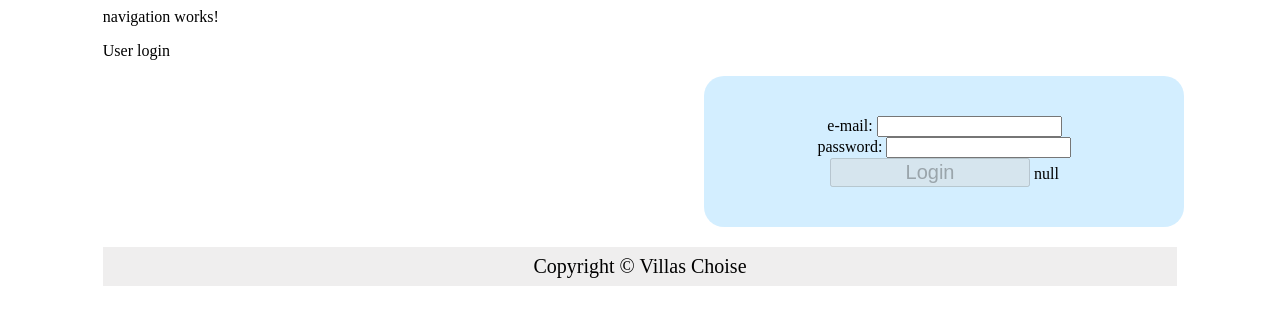
Repository: vsterev/angular-antiCovid-travel
Page: /login (app in covid-travel/)
These files come from the project's save history. The page is drawn as it stood at one moment and after the next save; the edit follows.
The browser window is 1280 px wide. The pictures show the whole page.
The project was rebuilt for these pictures with package versions that can differ from the ones it lists, and the page was loaded fresh each time. Also part of the build but not shown: covid-travel/angular.json, covid-travel/src/app/villas/details-reservation/details-reservation.component.ts, covid-travel/src/app/villas/villa-book/villa-book.component.ts, covid-travel/src/app/villas/villa-edit/villa-edit.component.ts, covid-travel/src/app/user/user.service.ts, covid-travel/src/app/villas/villa.service.ts, covid-travel/src/app/villas/villa-detail/villa-detail.component.ts, covid-travel/src/app/villas/villa-add/villa-add.component.ts and 6 more.

Above is the page before, as saved 2020-11-16 09:49:27.

### covid-travel/src/index.html
<!DOCTYPE html>
<html lang="en">
  <head>
    <meta charset="utf-8" />
    <title>CovidTravel</title>
    <base href="/" />
    <meta name="viewport" content="width=device-width, initial-scale=1" />
    <!-- <link rel="icon" type="image/x-icon" href="favicon.ico" /> -->
    <link rel="icon" type="image/png" href="./assets/house.png" />
  </head>
  <body>
    <app-root></app-root>
  </body>
</html>

### covid-travel/src/app/app.module.ts
import { VillasModule } from './villas/villas.module';
import { VillaRoutingModule } from './villas/villas-routing.moule';
import { FooterComponent } from './core/footer/footer.component';
import { NavigationComponent } from './core/navigation/navigation.component';
import { BrowserModule } from '@angular/platform-browser';
import { NgModule } from '@angular/core';
import { HttpClientModule } from '@angular/common/http';
import { AppRoutingModule } from './app-routing.module';
import { AppComponent } from './app.component';
import { HomeComponent } from './home/home.component';
import { HomeAuthComponent } from './home-auth/home-auth.component';
import { UserModule } from './user/user.module';

@NgModule({
  declarations: [
    AppComponent,
    HomeComponent,
    HomeAuthComponent,
    NavigationComponent,
    FooterComponent
  ],
  imports: [
    BrowserModule,
    // VillaRoutingModule,
    AppRoutingModule,
    VillasModule,
    UserModule,
    HttpClientModule,
  ],
  providers: [],
  bootstrap: [AppComponent]
})
export class AppModule { }

### covid-travel/src/app/villas/villas.module.ts
import { RouterModule } from '@angular/router';
import { VillaRoutingModule } from './villas-routing.moule';
import { NgModule } from '@angular/core';
import { CommonModule } from '@angular/common';
import { DetailsReservationComponent } from './details-reservation/details-reservation.component';
import { VillaDetailComponent } from './villa-detail/villa-detail.component';
import { VillaEditComponent } from './villa-edit/villa-edit.component';
import { VillaAddComponent } from './villa-add/villa-add.component';
import { VillaBookComponent } from './villa-book/villa-book.component';



@NgModule({
  declarations: [DetailsReservationComponent, VillaDetailComponent, VillaEditComponent, VillaAddComponent, VillaBookComponent],
  exports: [],
  imports: [
    CommonModule,
    VillaRoutingModule
  ]
})
export class VillasModule { }

### covid-travel/src/app/app-routing.module.ts
import { RegisterComponent } from './user/register/register.component';
import { LoginComponent } from './user/login/login.component';
import { NotFoundComponent } from './core/not-found/not-found.component';
import { HomeAuthComponent } from './home-auth/home-auth.component';
import { NgModule } from '@angular/core';
import { Routes, RouterModule } from '@angular/router';
import { HomeComponent } from './home/home.component';

const routes: Routes = [
  {
    path: '',
    pathMatch: 'full',
    component: HomeComponent
  },
  {
    path: 'home',
    component: HomeComponent
  },
  {
    path: 'home-auth',
    component: HomeAuthComponent
  },
  {
    path: 'login',
    component: LoginComponent
  },
  {
    path: 'register',
    component: RegisterComponent
  },
  {
    path: '**',
    component: NotFoundComponent
  }
];

// @NgModule({
//   imports: [RouterModule.forRoot(routes)],
//   exports: [RouterModule]
// })
// export class AppRoutingModule { }
export const AppRoutingModule = RouterModule.forRoot(routes);

### covid-travel/src/app/app.component.ts
import { Component } from '@angular/core';

@Component({
  selector: 'app-root',
  templateUrl: './app.component.html',
  styleUrls: ['./app.component.css']
})
export class AppComponent {
  title = 'covid-travel';
}

### covid-travel/src/app/user/user.module.ts
import { UserRoutingModule } from './user-routing.moule';
import { NgModule } from '@angular/core';
import { CommonModule } from '@angular/common';
import { LoginComponent } from './login/login.component';
import { RegisterComponent } from './register/register.component';
import { ProfileComponent } from './profile/profile.component';
import { PassChangeComponent } from './pass-change/pass-change.component';
import { FormsModule } from '@angular/forms';



@NgModule({
  declarations: [LoginComponent, RegisterComponent, ProfileComponent, PassChangeComponent],
  imports: [
    CommonModule,
    UserRoutingModule,
    FormsModule
  ],
  exports: [
    // LoginComponent
  ]
})
export class UserModule { }

### covid-travel/src/app/villas/villas-routing.moule.ts
import { DetailsReservationComponent } from './details-reservation/details-reservation.component';
import { VillaBookComponent } from './villa-book/villa-book.component';
import { VillaEditComponent } from './villa-edit/villa-edit.component';
import { VillaDetailComponent } from './villa-detail/villa-detail.component';
import { RouterModule, Routes } from '@angular/router';
import { VillaAddComponent } from './villa-add/villa-add.component';
import { NgModule } from '@angular/core';


const routes: Routes = [
  {
    path: 'villa',
    children: [
      // {
      //   path: '',
      //   pathMatch: 'full',
      //   redirectTo: '/cause/create'
      // },
      {
        path: 'add',
        component: VillaAddComponent
      },
      {
        path: 'detail/:id',
        component: VillaDetailComponent
      },
      {
        path: 'edit/:id',
        component: VillaEditComponent
      },
      {
        path: 'book/:id',
        component: VillaBookComponent
      },
      {
        path: 'book-detail/:id',
        component: DetailsReservationComponent
      }
    ]
  }
];
// @NgModule({
//   imports: [RouterModule.forChild(routes)],
//   exports: [RouterModule]
// })
// export class VillaRoutingModule { }
export const VillaRoutingModule = RouterModule.forChild(routes);

### covid-travel/src/app/core/footer/footer.component.html
<p>Copyright © Villas Choise</p>

### covid-travel/src/app/core/footer/footer.component.css
p {
  background: #efeeee;
  padding: 8px;
  text-align: center;
  font-size: 20px;
}

### covid-travel/src/app/core/navigation/navigation.component.css
* {
  margin: 0px;
}
div.container {
  background: beige;
}
div.navbar {
  display: flex;
  flex-direction: row;
  align-items: center;
  justify-content: space-between;
  padding: 10px;
  width: 90%;
  margin: 0 auto;
}
div.navbar > ul {
  display: flex;
  flex-direction: row;
  list-style: none;
  justify-content: space-between;
  font-size: 20px;
  margin-right: 20px;
  margin-top: revert;
}
div.navbar > ul > li {
  padding-bottom: 10px;
}
/* div.navbar > ul > li :hover {
  color: white;
  cursor: pointer;
  text-decoration: underline;
  text-decoration-color: blue;
} */
div.navbar > ul > li > a {
  /* text-decoration: none;
  color: blue; */
  font-size: 18px;
}
div.img-wrapper > img {
  width: 100%;
  height: 100%;
  object-fit: none;
}
div.img-wrapper {
  width: 340px;
  height: 64px;
}

### covid-travel/src/app/user/login/login.component.ts
import { Component, OnInit } from '@angular/core';

@Component({
  selector: 'app-login',
  templateUrl: './login.component.html',
  styleUrls: ['./login.component.css']
})
export class LoginComponent implements OnInit {
  emailRegex = new RegExp(/^[\w-\.]+@([\w-]+\.)+[\w-]{2,4}$/);
  constructor() { }

  ngOnInit(): void {

  }
  handleLogin(val: string): void {
    console.log(val);
  }
}

### covid-travel/src/app/app.component.html
<div class="wrapper">
  <app-navigation></app-navigation>
  <router-outlet></router-outlet>
  <app-footer></app-footer>
</div>

### covid-travel/src/app/app.component.css
div.wrapper {
  width: 85%;
  margin: 0 auto;
}

### covid-travel/src/app/user/user-routing.moule.ts
import { ProfileComponent } from './profile/profile.component';
import { RouterModule, Routes } from '@angular/router';

const routes: Routes = [
  {
    path: 'user',
    children: [
      // {
      //   path: '',
      //   pathMatch: 'full',
      //   redirectTo: '/cause/create'
      // },
      {
        path: 'login',
        redirectTo: '/login'
      },
      {
        path: 'register',
        redirectTo: '/register'

      },
      {
        path: 'profile/:userId',
        component: ProfileComponent
      }
    ]
  }
];
// @NgModule({
//   imports: [RouterModule.forChild(routes)],
//   exports: [RouterModule]
// })
// export class VillaRoutingModule { }
export const UserRoutingModule = RouterModule.forChild(routes);

### covid-travel/src/app/user/login/login.component.html
<p>User login</p>
<form #loginform="ngForm" (ngSubmit)="handleLogin(loginform.value)">
  <div class="email">
    <label for="email">e-mail: </label>
    <input ngModel type="text" name="email" id="email" #emailInput="ngModel" required [pattern]="emailRegex" />
    <div *ngIf="emailInput.errors?.required && emailInput.touched">Please enter email</div>
    <div *ngIf="emailInput.errors?.pattern && emailInput.touched">Please enter valid email</div>
  </div>
  <div class="password">
    <label for="password">password: </label>
    <input ngModel type="text" name="password" id="password" #passwordInput="ngModel" required minlength="5" />
    <div *ngIf="passwordInput.errors?.required && passwordInput.touched">Please enter password</div>
    <div *ngIf="passwordInput.errors?.minlength && passwordInput.touched">
      Please enter valid password min length should be 5 symbols!
    </div>
  </div>
  <button [disabled]="loginform.invalid">Login</button>
  {{ loginform.errors | json }}
</form>

### covid-travel/src/app/user/login/login.component.css
h1 {
  color: white;
}
section {
  background-image: url('../../../assets/beach.jpg');
  height: 85vh;
  background-position: center;
  background-repeat: no-repeat;
  background-size: cover;
}
form {
  position: relative;
  left: 56%;
  top: 17%;
  /* color: white; */
  max-width: 400px;
  padding: 40px;
  /* background-color: white; */
  /* opacity: 0.8; */
  border-radius: 20px;
  /* border: 2px; */
  background-color: rgb(189 229 255 / 66%);
  text-align: center;
}
/* form > input {
  width: 400px;
} */
mat-form-field {
  width: 90%;
  font-size: 18px;
}
div.info {
  font-size: smaller;
  color: rgb(114, 65, 65);
  text-align: center;
  margin-top: 20px;
}
button {
  text-align: center;
  font-size: 20px;
  width: 200px;
}
div.error {
  color: red;
}

Loaded but not shown: covid-travel/src/styles.css (common file); covid-travel/src/main.ts (common file); covid-travel/src/environments/environment.ts (common file); covid-travel/src/app/core/footer/footer.component.ts (common file); covid-travel/src/app/core/navigation/navigation.component.ts (common file); covid-travel/src/app/core/navigation/navigation.component.html (common file)

After the next save:
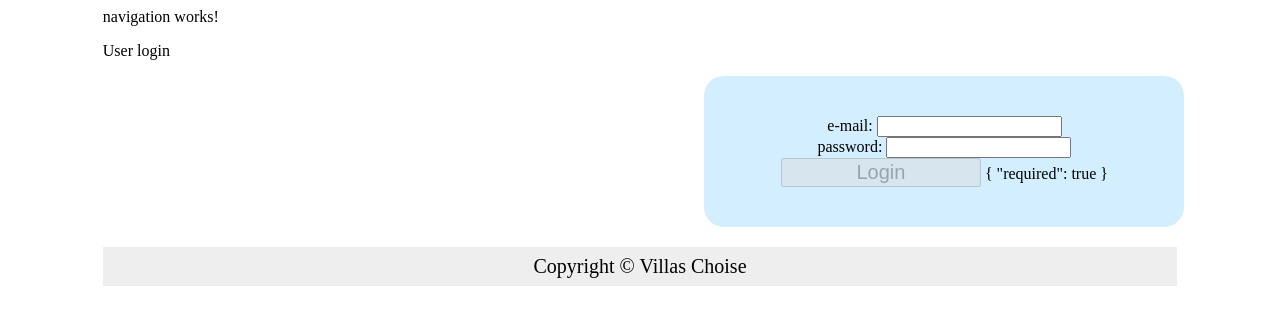
Saved 41 s later.
--- a/covid-travel/src/app/user/login/login.component.html
+++ b/covid-travel/src/app/user/login/login.component.html
@@ -15,5 +15,5 @@
     </div>
   </div>
   <button [disabled]="loginform.invalid">Login</button>
-  {{ loginform.errors | json }}
+  {{ emailInput.errors | json }}
 </form>
